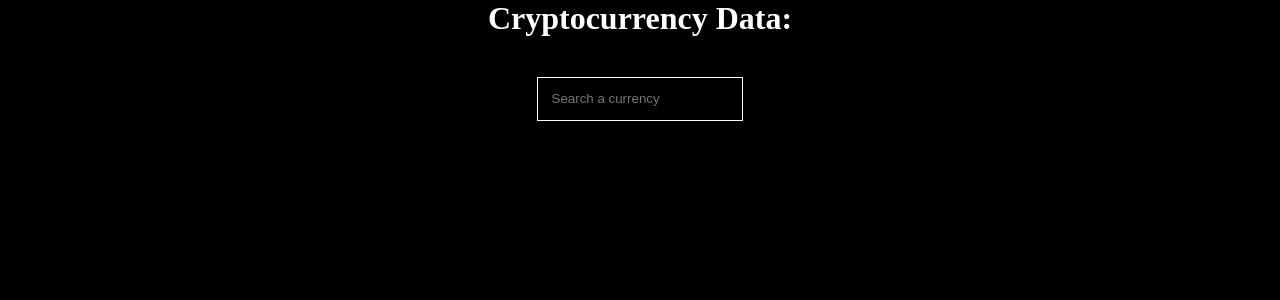
Repository: alejandroacd/cryptocurrency-market
Page: /
These files come from the project's save history. The page is drawn as it stood at one moment and after the next save; the edit follows.
The browser window is 1280 px wide. The pictures show the whole page.
The page's requests for data from a server got no answer. The project was rebuilt for these pictures with package versions that can differ from the ones it lists, and the page was loaded fresh each time. No one was signed in, and anything a server would have sent is missing. Also part of the build but not shown: src/Currency.js.

Above is the page before, as saved 2021-07-17 13:54:59.

### src/App.js
import Axios from 'axios';
import React, {useEffect, useState}  from 'react'
import './App.css';
import Currency from './Currency';


function App() {
  const [values,setValue] = useState([]);
  const [search,setSearch] = useState('')


  useEffect(() => {
    Axios.get('https://api.coingecko.com/api/v3/coins/markets?vs_currency=usd&order=market_cap_desc&per_page=100&page=1&sparkline=false')
    .then(resp => {
      setValue(resp.data)
    })
    .catch(err => {
      console.log(err)
    })
  }, [])

  const handleChange = (e) => {
    setSearch(e.target.value)
  }

  const finalValues = values.filter(value => value.name.toLowerCase().includes(search.toLowerCase()))


  return (
    <div className="App">
      <h1>Cryptocurrency Data:</h1>
      <div className='input-container'>
        <form>
          <input className='crypto_name' placeholder="Search a currency" type="text" onChange={handleChange}></input>
        </form>
      </div>
      {finalValues.map(value => {
        return (
          <Currency
          key={value.id}
          cryptoName={value.name}
          image={value.image}
          price={value.current_price}
          symbol={value.symbol}
          volume={value.market_cap}
          priceChange={value.price_change_percentage_24h}
          marketcap={value.total_volume}
           />
        )
      })}

    </div>
  );
}

export default App;

### src/App.css
* {
  box-sizing: border-box;
  margin: 0;
  padding: 0;
  background-color: black;
  color:white;
}


.App {
  text-align: center;
}

.input-container form input {
  margin:3em;
  border: 1px solid white;
}

### src/Currency.css
.currency_container {
    display:flex;
    justify-content: space-between;
    flex-direction: row;
    justify-items: start;
    height: 80px;
    align-items: center;
    border-bottom: 1px solid black;
    width: 85%;
    margin: 0 auto;
}

.currency {
    display:flex;
    align-items: center;
    justify-content: space-between;
    width: 25%;

}

.currency img {
    height: 30px;
    width: 30px;
}

.currency_data {
    display:flex;
    flex-direction: row;
    width: 75%;
    justify-content: space-around;
    align-items: center;
}

.currency h1 {
    font-size:1em;
}

.currency_price {
    width: 110px;
}

.currency_volume {
    width: 155px;
}

.currency_marketcap {
    width: 230px;
    font-weight: bold;
}

.currency_symbol {
    width: 50px;
}
.crypto_name {
    padding: 1em;
}
.red {
    color:#CD113B;
}

.green {
    color:#66DE93;
}

@media only screen and (max-width: 600px) {

}

Loaded but not shown: public/index.html (common file); src/index.js (common file)

After the next save:
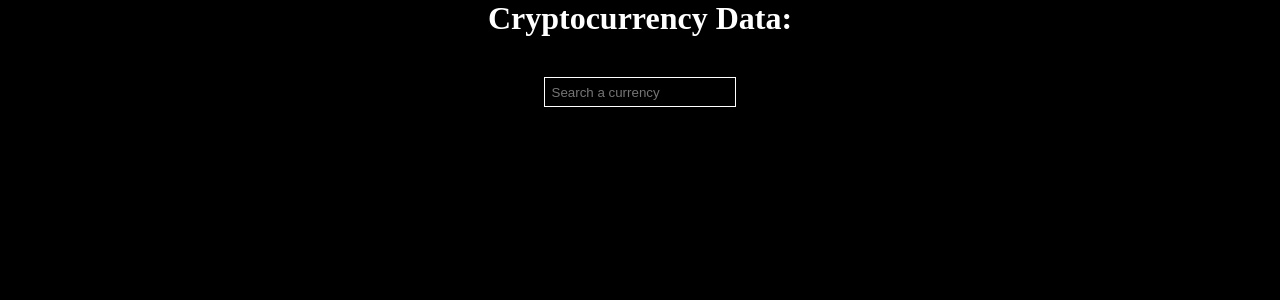
Saved 5 s later.
--- a/src/Currency.css
+++ b/src/Currency.css
@@ -52,7 +52,7 @@
     width: 50px;
 }
 .crypto_name {
-    padding: 1em;
+    padding: 0.5em;
 }
 .red {
     color:#CD113B;
